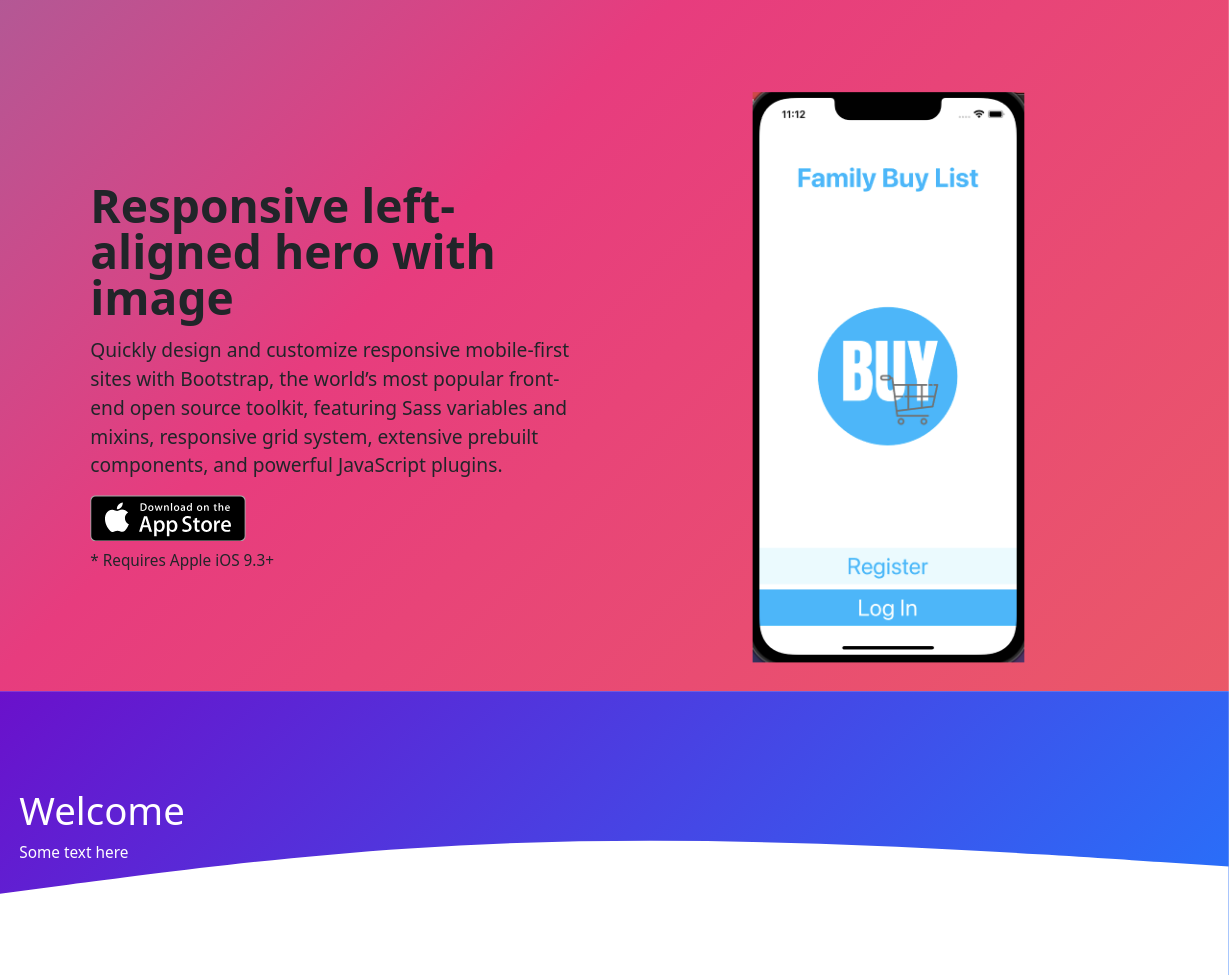
Repository: lyutok/iOS
Page: Billequal_landpage/index.html
The author's editor kept a copy of each file at every save. The page is drawn from the files as they stood at one save, then again after the next save.
The browser window is 1280 px wide. The pictures show the whole page, at 96% of full size.

Above is the page before, as saved 2025-10-16 14:38:36.

After the next save:
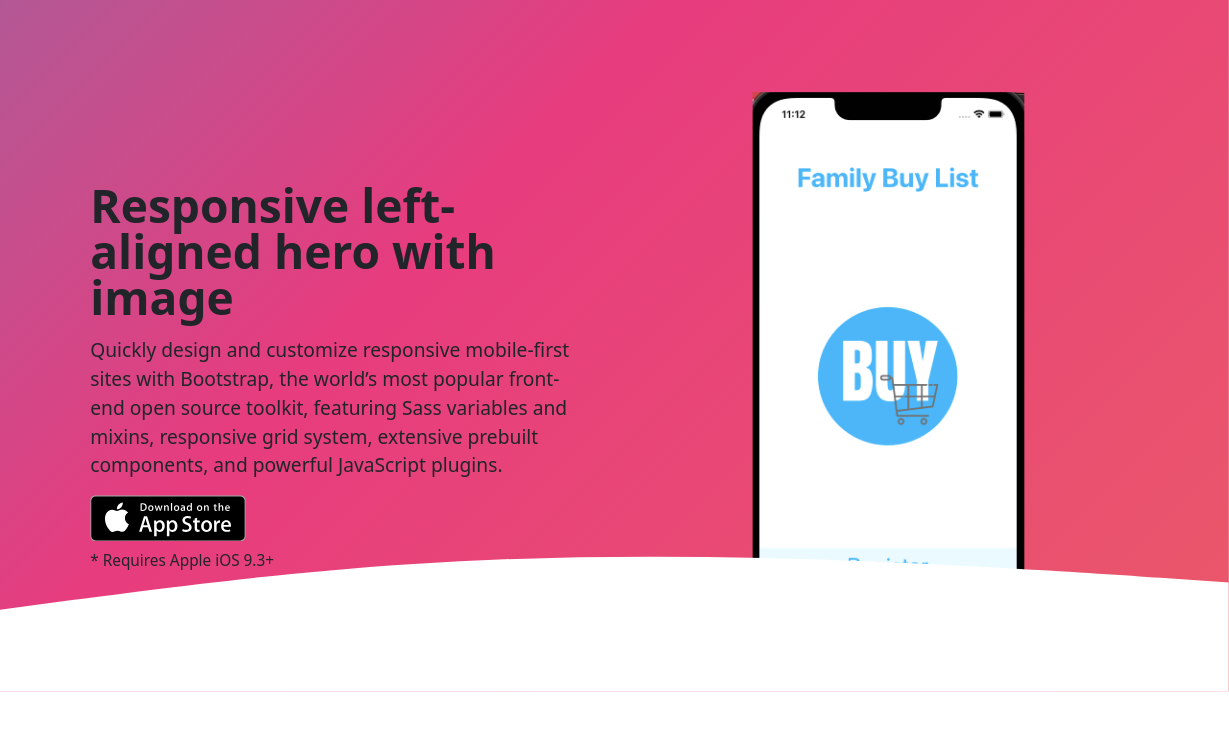
Saved 4 min 38 s later.
--- a/Billequal_landpage/index.html
+++ b/Billequal_landpage/index.html
@@ -27,10 +27,18 @@
           </div>
         </div>
       </div>
+
+      <div class="wave-divider">
+    <svg viewBox="0 0 1440 320" xmlns="http://www.w3.org/2000/svg">
+      <path fill="#ffffff" fill-opacity="1"
+        d="M0,224L80,213.3C160,203,320,181,480,170.7C640,160,800,160,960,165.3C1120,171,1280,181,1360,186.7L1440,192L1440,320L1360,320C1280,320,1120,320,960,320C800,320,640,320,480,320C320,320,160,320,80,320L0,320Z">
+      </path>
+    </svg>
+  </div>
     </div>
   </section>
 
-  <section class="hero-section">
+  <!-- <section class="hero-section">
   <div class="content">
     <h1>Welcome</h1>
     <p>Some text here</p>
@@ -42,7 +50,7 @@
       </path>
     </svg>
   </div>
-</section>
+</section> -->
 
 </body>
 </html>
